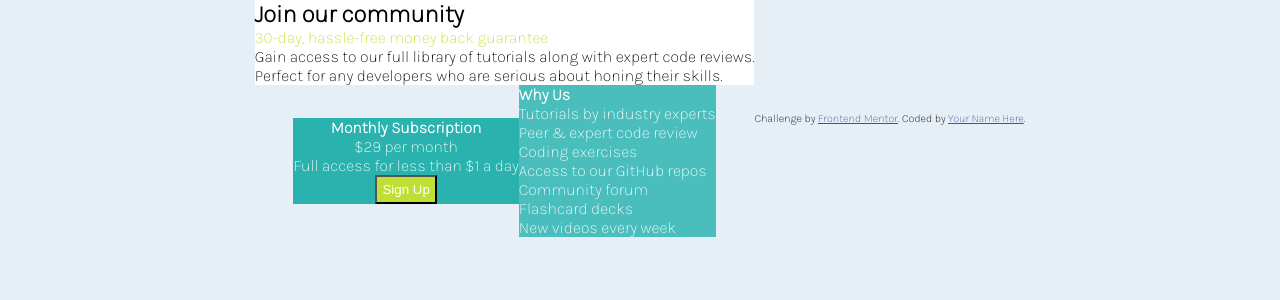
Repository: jminervino/PriceGridComponent
Page: index.html
These files come from the project's save history. The page is drawn as it stood at one moment and after the next save; the edit follows.
The browser window is 1280 px wide. The pictures show the whole page.

Above is the page before, as saved 2022-02-05 23:13:50.

After the next save:
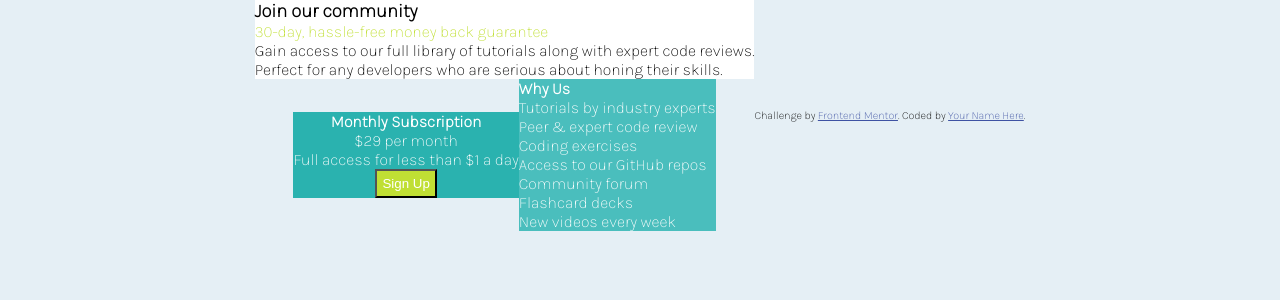
Saved 80 s later.
--- a/index.html
+++ b/index.html
@@ -18,7 +18,7 @@
 <body>
     <div class="container">
         <div class="box-one">
-            <h2>Join our community</h2>
+            <h3>Join our community</h3>
 
             <p class="text-yellow">30-day, hassle-free money back guarantee</p>
 
